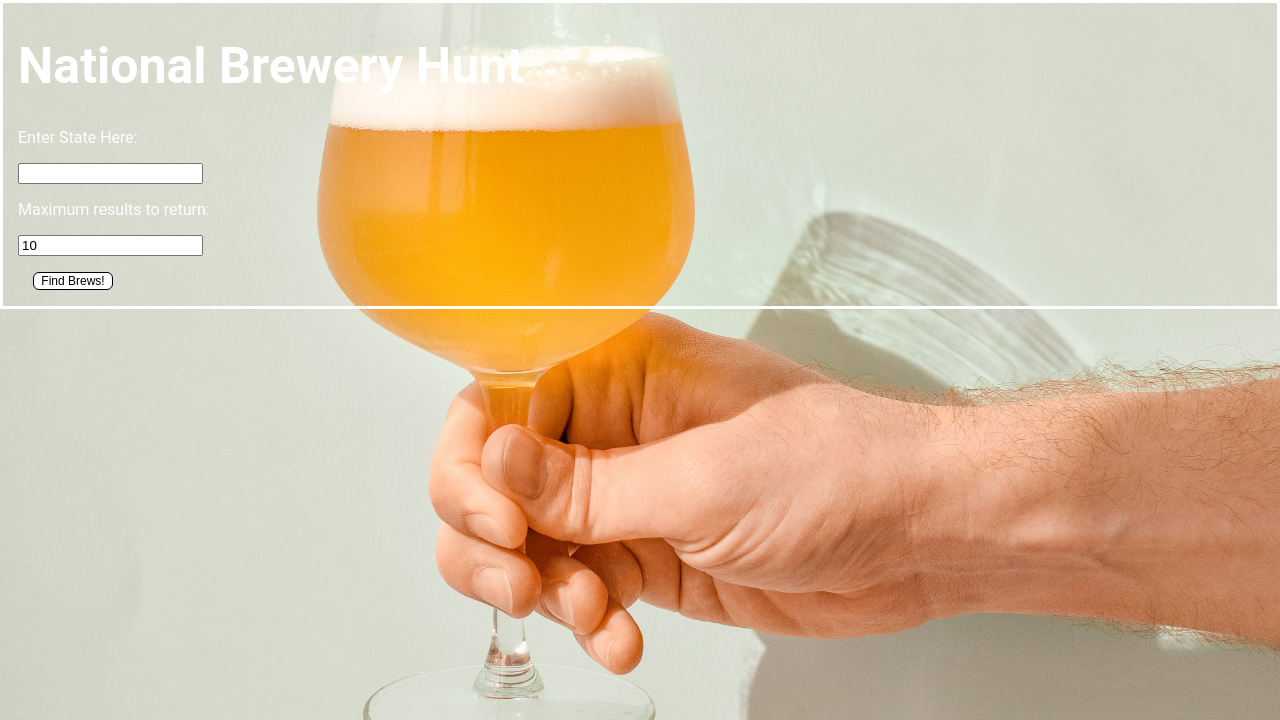
Repository: kaitlynMidori/searchBrews
Page: index.html
These files come from the project's save history. The page is drawn as it stood at one moment and after the next save; the edit follows.
The browser window is 1280 px wide. The pictures show the whole page.

Above is the page before, as saved 2021-04-24 12:37:09.

After the next save:
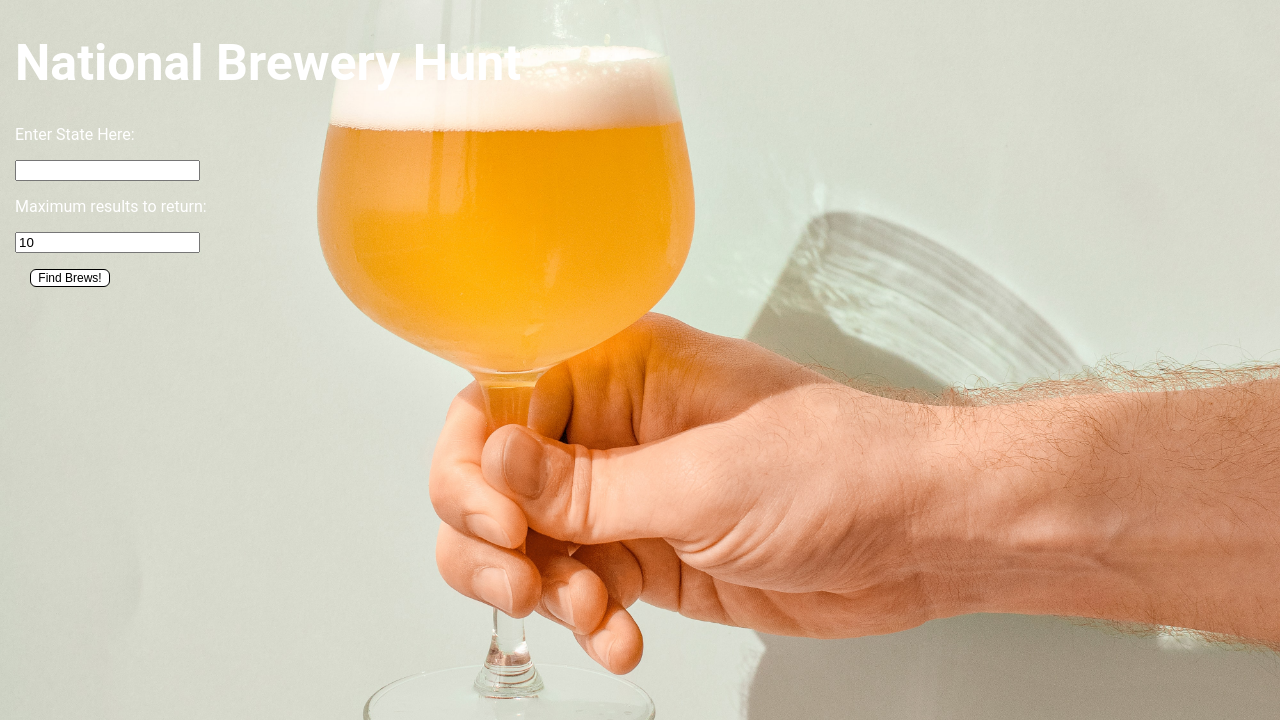
Saved 26 s later.
--- a/style.css
+++ b/style.css
@@ -10,7 +10,6 @@ body {
     -ms-background-size: 100% auto;
     -o-background-size: 100% auto;
     background-size: 100% auto;
-    border: solid;
 }
 
 .hidden {
